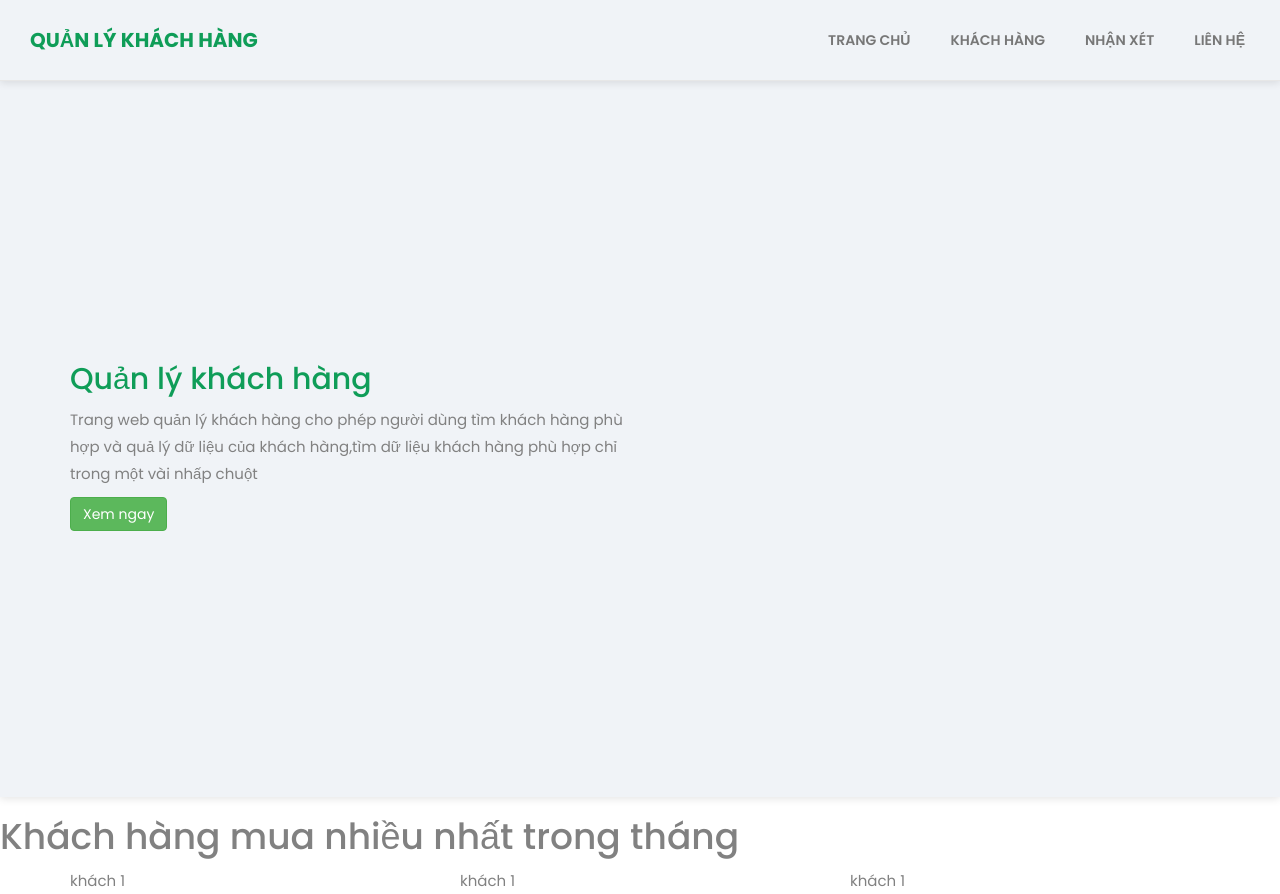
Repository: huutien1904/bt2-ltw
Page: index.html
These files come from the project's save history. The page is drawn as it stood at one moment and after the next save; the edit follows.
The browser window is 1280 px wide. The pictures show the whole page.

Above is the page before, as saved 2021-11-04 00:31:52.

After the next save:
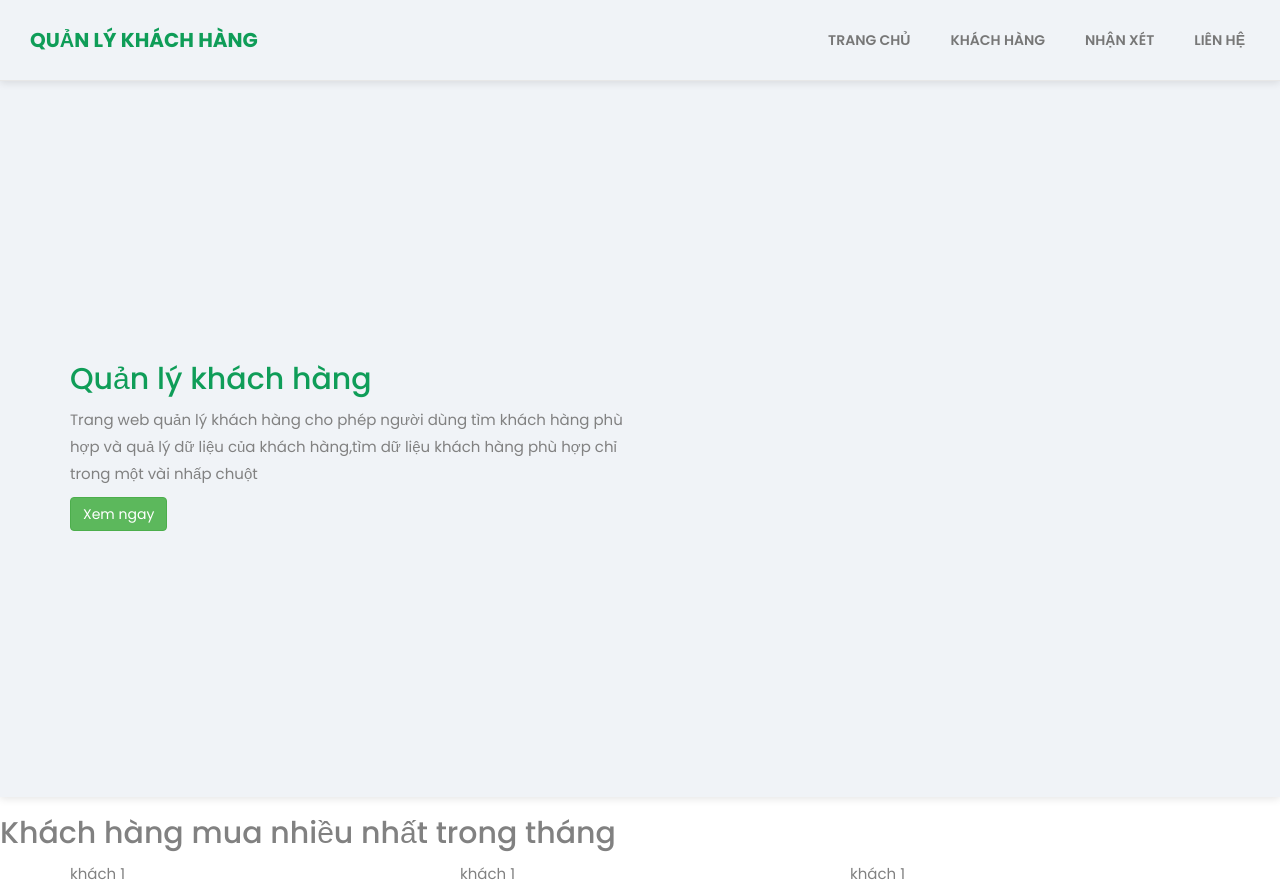
Saved 6 s later.
--- a/index.html
+++ b/index.html
@@ -65,7 +65,7 @@
 
   <!-- khách hàng -->
   <section id="customer">
-    <h1 class="title_customer">Khách hàng mua nhiều nhất trong tháng</h1>
+    <h2 class="title_customer">Khách hàng mua nhiều nhất trong tháng</h2>
     <div class="container">
       <div class="row">
         <div class="col-md-4 col-sm-12">
